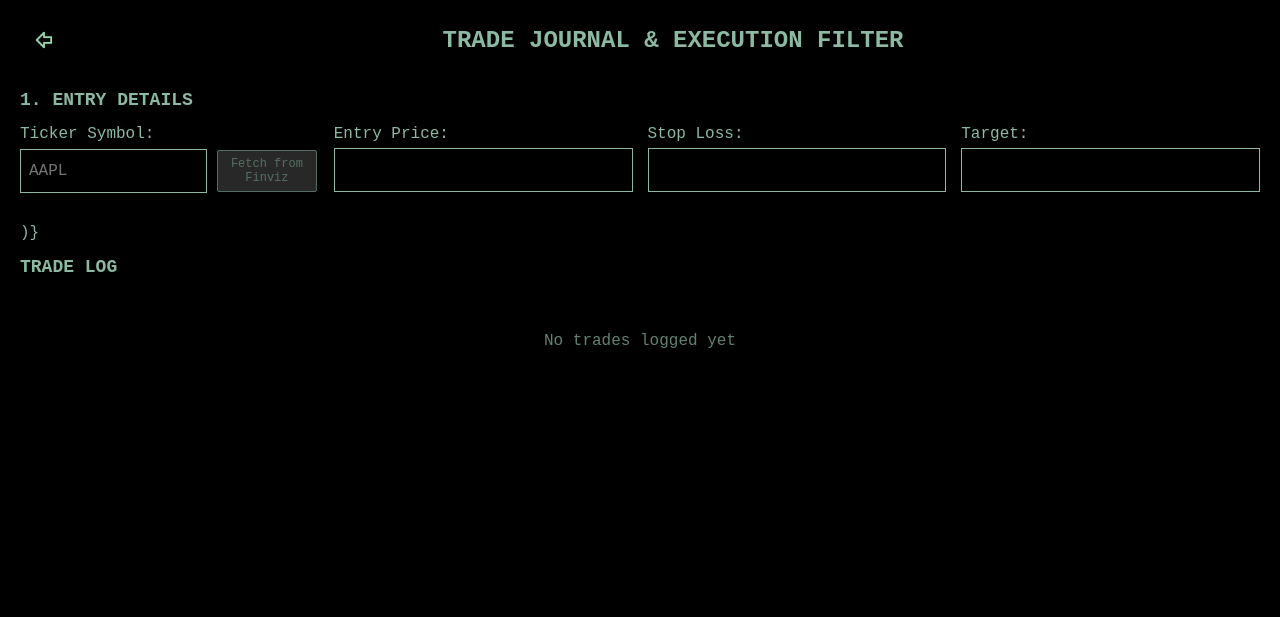
Repository: 11612x/burnlistv1.1
Page: /journal
The author's editor kept a copy of each file at every save. The page is drawn from the files as they stood at one save, then again after the next save.
The browser window is 1280 px wide. The pictures show the whole page.
The project was rebuilt for these pictures with package versions that can differ from the ones it lists, and the page was loaded fresh each time. Also part of the build but not shown: vite.config.js, src/components/CustomTooltip.jsx, src/logic/portfolioUtils.js, src/components/WatchlistChart.jsx, src/data/randomNames.js, src/data/mockTickerGenerator.js, src/components/NotificationBanner.jsx, src/pages/HomePage.jsx and 22 more.

Above is the page before, as saved 2025-07-25 15:20:54.

After the next save:
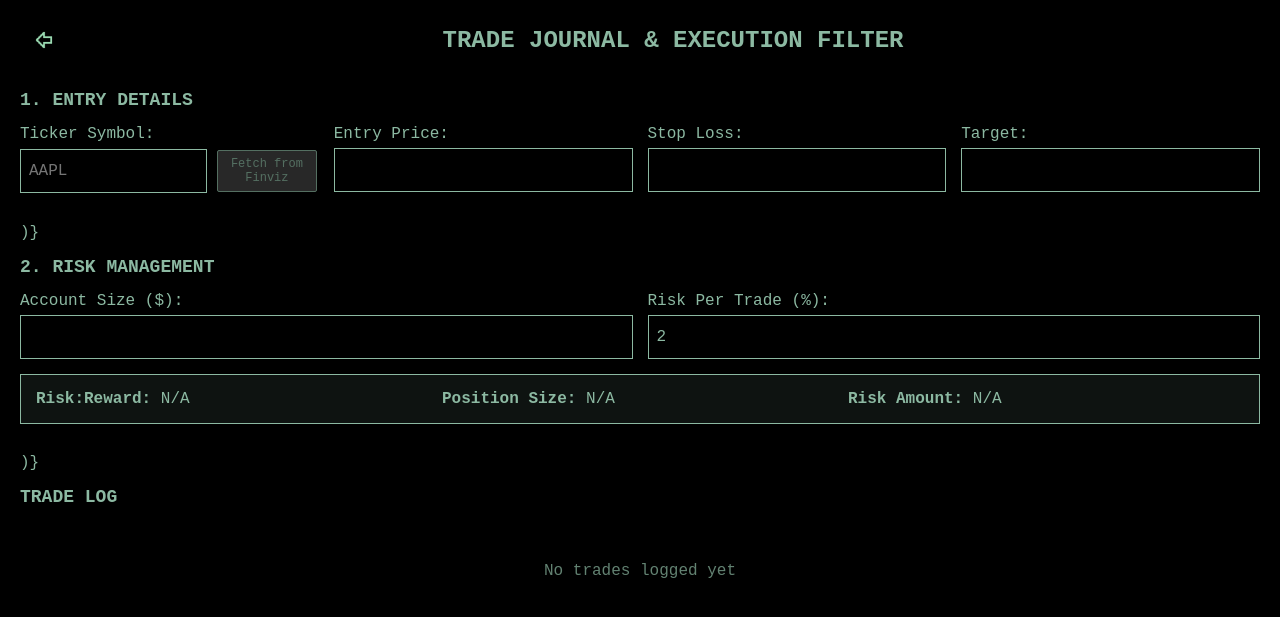
Saved 13 s later.
--- a/src/pages/TradeJournal.jsx
+++ b/src/pages/TradeJournal.jsx
@@ -434,9 +434,8 @@ const TradeJournal = () => {
       )}
 
       {/* Risk Management */}
-      {selectedSetup && (
-        <div style={{ marginBottom: '30px' }}>
-          <h2 style={{ marginBottom: '15px', fontSize: '18px' }}>4. RISK MANAGEMENT</h2>
+      <div style={{ marginBottom: '30px' }}>
+        <h2 style={{ marginBottom: '15px', fontSize: '18px' }}>2. RISK MANAGEMENT</h2>
           <div style={{
             display: 'grid',
             gridTemplateColumns: 'repeat(auto-fit, minmax(200px, 1fr))',
